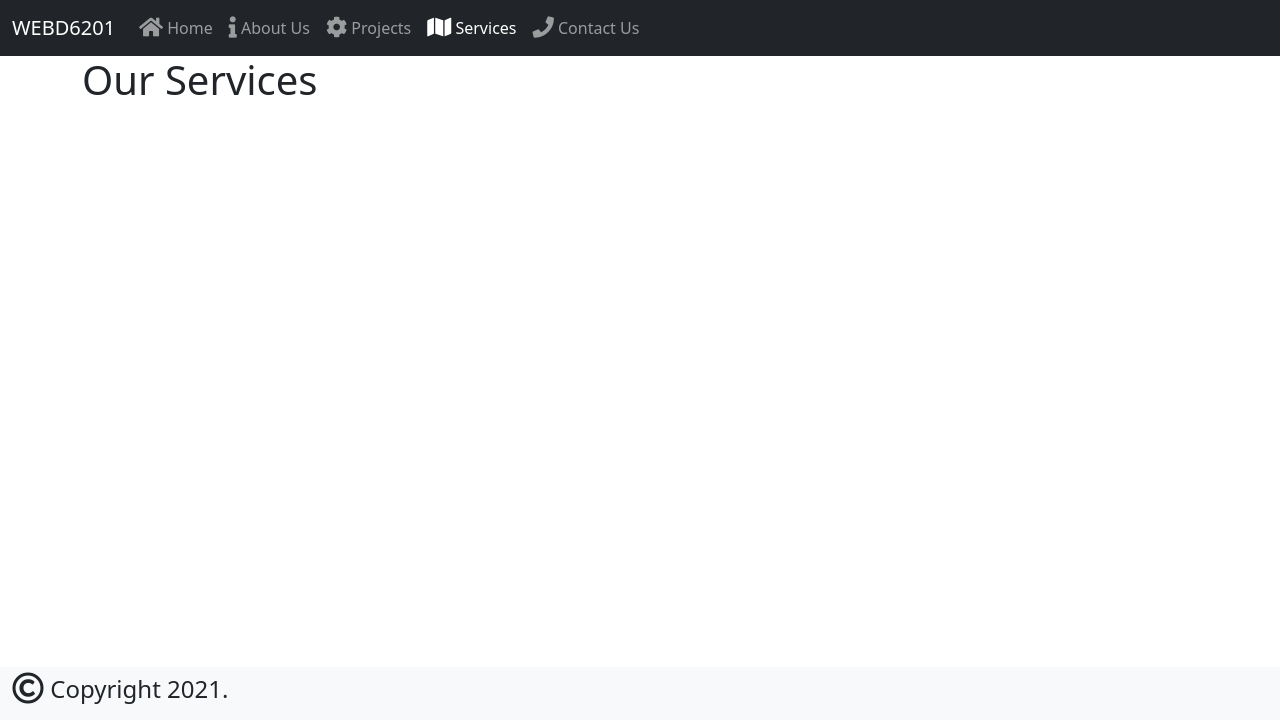
Repository: CKM206/WebD6201-W2021-ICE5
Page: services.html
The author's editor kept a copy of each file at every save. The page is drawn from the files as they stood at one save, then again after the next save.
The browser window is 1280 px wide. The pictures show the whole page.

Above is the page before, as saved 2021-03-07 00:41:32.

### services.html
<!DOCTYPE html>
<html lang="en">
<head>
    <meta charset="UTF-8">
    <meta name="viewport" content="width=device-width, initial-scale=1.0">
    <title>Services</title>
    <!-- CSS Section -->
    <link rel="stylesheet" href="./node_modules/bootstrap/dist/css/bootstrap.min.css">
    <link rel="stylesheet" href="./node_modules/@fortawesome/fontawesome-free/css/all.min.css">
    <link rel="stylesheet" href="./Content/app.css">
</head>
<body>
    <!-- Main Header -->
    <header>
        <!-- Main Navigation -->
        <nav class="navbar navbar-expand-lg navbar-dark bg-dark">
            <div class="container-fluid">
              <a class="navbar-brand" href="index.html">WEBD6201</a>
              <button class="navbar-toggler" type="button" data-bs-toggle="collapse" data-bs-target="#navbarSupportedContent" aria-controls="navbarSupportedContent" aria-expanded="false" aria-label="Toggle navigation">
                <span class="navbar-toggler-icon"></span>
              </button>
              <div class="collapse navbar-collapse" id="navbarSupportedContent">
                <ul class="navbar-nav me-auto mb-2 mb-lg-0">
                  <li class="nav-item">
                    <a class="nav-link" aria-current="page" href="index.html"><i class="fas fa-home fa-lg"></i> Home</a>
                  </li>

                  <li class="nav-item">
                    <a class="nav-link" aria-current="page" href="about.html"><i class="fas fa-info fa-lg"></i> About Us</a>
                  </li>

                  <li class="nav-item">
                    <a class="nav-link" aria-current="page" href="projects.html"><i class="fas fa-cog fa-lg"></i> Projects</a>
                  </li>

                  <li class="nav-item">
                    <a class="nav-link active" aria-current="page" href="services.html"><i class="fas fa-map fa-lg"></i> Services</a>
                  </li>

                  <li class="nav-item">
                    <a class="nav-link" aria-current="page" href="contact.html"><i class="fas fa-phone fa-lg"></i> Contact Us</a>
                  </li>
                </ul>
              </div>
            </div>
          </nav>
    </header>

    <!-- Main Content -->
    <main class="container">
        <h1>Our Services</h1>
    </main>

    <!-- Main Footer -->
    <footer>
        <nav class="navbar fixed-bottom navbar-light bg-light">
            <div class="container-fluid">
              <h4><i class="far fa-copyright fa-lg"></i> Copyright 2021.</h4>
            </div>
          </nav>
    </footer>

    <!-- Script Section-->
    <script src="./node_modules/jquery/dist/jquery.min.js"></script>
    <script src="./node_modules/bootstrap/dist/js/bootstrap.bundle.min.js"></script>

    <script src="./Scripts/namespace.js"></script>
    <script src="./Scripts/app.js"></script>
</body>
</html>

### Content/app.css
/* custom css goes here */
.input-group-addon:first-child
{
    border-right: 0;
}

.input-group-addon
{
    padding: 6px 12px;
    font-size: 14px;
    font-weight: 400;
    line-height: 1;
    text-align: center;
    border: 1px solid darkgrey;
    border-radius: 4xpx;
}

.input-group-addon .fa
{
    font-size: 18px;
}

.input-group .form-control
{
    position:relative;
    z-index: 2;
    float:left;
    width: 100%;
    margin-bottom: 0;
}

.input-group .form-control:last-child
{
    border-top-left-radius: 0;
    border-bottom-left-radius: 0;
}



.login
{
    padding: 2rem 1rem;
    margin-bottom: 2rem;
    background-color: lightgrey;
    border-radius: .3rem;
}

.login input
{
    background-color: white;
    border-color: darkgrey;
    border-radius: .4em;
    width: 100%;
}

### Scripts/namespace.js

// namespace core
let core;

### Scripts/app.js
/* custom JavaScript goes here */

//IIFE - Immediately Invoked Function Expression
//AKA - Anonymous Self-Executing Function
//Closure - limits scope leak

"use strict";

((core) =>
{
    function displayHome()
    {
        let paragraphOneText =
          "This is a simple site to demonstrate DOM Manipulation for ICE 1";

        let paragraphOneElement = document.getElementById("paragraphOne");

        paragraphOneElement.textContent = paragraphOneText;
        paragraphOneElement.className = "fs-5";

        // Step 1. document.createElement
        let newParagraph = document.createElement("p");
        // Step 2. configure the element
        newParagraph.setAttribute("id", "paragraphTwo");
        newParagraph.textContent = "...And this is paragraph two";
        // Step 3. select the parent element
        let mainContent = document.getElementsByTagName("main")[0];
        // Step 4. Add / Insert the element
        mainContent.appendChild(newParagraph);

        newParagraph.className = "fs-6";

        // another way of injecting content
        let paragraphDiv = document.createElement("div");
        let paragraphThree = `<p id="paragraphThree" class="fs-7 fw-bold">And this is the Third Paragraph</p>`;
        paragraphDiv.innerHTML = paragraphThree;

        // insertions

        // example of inserting before a node
        //newParagraph.before(paragraphDiv);

        // example of inserting after a node
        newParagraph.after(paragraphDiv);

        // deletions

        // example of removing a single element
        //paragraphOneElement.remove();

        // example of removeChild
        mainContent.removeChild(paragraphOneElement);

        // update / modification
        //mainContent.firstElementChild.textContent = "Welcome Home!";

        mainContent.innerHTML = `<h1 id="firstHeading">Welcome to WEBD6201 - Lab 1</h1>
         <p id="paragraphOne" class="fs-3 fw-bold">This is my first Paragraph</p>
        `;

    }

    function displayAbout()
    {

    }

    function displayProjects()
    {

    }

    function displayServices()
    {

    }

    function testFullName()
    {
      let messageArea = $("#messageArea").hide();
      let fullNamePattern = /([A-Z][a-z]{1,25})+(\s|,|,\s|-)([A-Z][a-z]{1,25})(\s|,|,\s|-)*/

        // form validation
        $("#fullName").on("blur", function()
        {
          if(!fullNamePattern.test($(this).val()))
          {
            $(this).trigger("focus").trigger("select");
            messageArea.show().addClass("alert alert-danger").text("Please enter a valid Full Name. This must include at least an Capitalized First and Last Name.");
          }
          else
          {
              messageArea.removeAttr("class").hide();
          }
        });
    }

    function testContactNumber()
    {
      let messageArea = $("#messageArea").hide();
      let contactNumberPattern = /^(\+\d{1,2}\s)?\(?\d{3}\)?[\s.-]?\d{3}[\s.-]?\d{4}$/
        // form validation
        $("#contactNumber").on("blur", function()
        {
          if(!contactNumberPattern.test($(this).val()))
          {
            $(this).trigger("focus").trigger("select");
            messageArea.show().addClass("alert alert-danger").text("Please enter a valid Contact Number. Country Code and Area Code are optional.");
          }
          else
          {
              messageArea.removeAttr("class").hide();
          }
        });
    }

    function testEmailAddress()
    {
      let messageArea = $("#messageArea").hide();
      let emailAddressPattern = /^([a-zA-Z0-9._%-]+@[a-zA-Z0-9.-]+\.[a-zA-Z]{2,6})*$/
        // form validation
        $("#emailAddress").on("blur", function()
        {
          if(!emailAddressPattern.test($(this).val()))
          {
            $(this).trigger("focus").trigger("select");
            messageArea.show().addClass("alert alert-danger").text("Please enter a valid email address.");
          }
          else
          {
              messageArea.removeAttr("class").hide();
          }
        });
    }

    function formValidation()
    {
      testFullName();
      testContactNumber();
      testEmailAddress();
    }

    function displayContact()
    {

      // Form Validation
      formValidation();

      $("#sendButton").on("click", (event)=>
      {
        if($("#subscribeCheckbox")[0].checked)
        {
          let contact = new core.Contact(fullName.value, contactNumber.value, emailAddress.value);

          if(contact.serialize())
          {
            let key = contact.FullName.slice(0,1) + Date.now();
            localStorage.setItem(key, contact.serialize());
          }
          }
      });
    }

    function displayContactList()
    {
      // SHows what happens with asynchronous methods
      //console.log("Outside the event listener: " + XHR.responseText);

      if (localStorage.length > 0)
      {
        let contactList = document.getElementById("contactList");

        let data = "";

        let keys = Object.keys(localStorage);

        let index = 0;

        for (const key of keys)
        {

          let contactData = localStorage.getItem(key);

          let contact = new core.Contact();
          contact.deserialize(contactData);

          data += `<tr>
          <th class="text-center" scope="row">${index}</th>
          <td>${contact.FullName}</td>
          <td>${contact.ContactNumber}</td>
          <td>${contact.EmailAddress}</td>
          <td class="text-center"><button value="${key}" class="btn btn-primary btn-sm edit"><i class="fas fa-edit fa-sm"></i> Edit</button></td>
          <td class="text-center"><button value="${key}" class="btn btn-danger btn-sm delete"><i class="fas fa-trash-alt fa-sm"></i> Delete</button></td>
        </tr>`;

        index++;
        }

        contactList.innerHTML = data;


        $("button.edit").on("click", function(){
          location.href = "edit.html#" + $(this).val();
         });

         $("button.delete").on("click", function(){
           if(confirm("Are you sure?"))
           {
            localStorage.removeItem($(this).val());
            location.href = "contact-list.html"; // refresh the page
           }
         });

         $("#addButton").on("click", function()
         {
           location.href = "edit.html";
         });
      }
    }


    function displayEdit()
    {
      // Get the Key from the url hash
      let key = location.hash.substring(1);
      // Set up a new contact to hold info
      let contact = new core.Contact();

      // Check if the key is empty, if not
      if (key != "")
      {
        // Get the contact information
        contact.deserialize(localStorage.getItem(key));

        // Display the information in the form
        $("#fullName").val(contact.FullName);
        $("#contactNumber").val(contact.ContactNumber);
        $("#emailAddress").val(contact.EmailAddress);
      }
      else
      {
        $("main>h1").text("Add Contact");
        $("#editButton").html('<i class="fas fa-plus-circle fa-lg"></i> Add');
      }

      // Form Validation
      formValidation();

      // When the edit button is clicked
      $("#editButton").one("click", function()
      {

        if(document.forms[0].checkValidity())
        {
          // If the key is empty, we are making a new contact
          if(key == "")
          {
            // Create a new key for this contact
            key = contact.FullName.slice(0,1) + Date.now();
          }

          // Copy the Contact Info from the form into the Contact Objet
          contact.FullName = $("#fullName").val();
          contact.ContactNumber = $("#contactNumber").val();
          contact.EmailAddress = $("#emailAddress").val();

          // Add the Contact to LocalStorage
          localStorage.setItem(key, contact.serialize());
          location.href = "contact-list.html";
        }



      });

      // When the Cancel Button is clicked
      $("#cancelButton").on("click", function()
      {
        // Return the user to the contact list
        location.href = "contact-list.html";
      });

    }

    function displayLogin()
    {

    }

    function displayRegister()
    {

    }


    function Start()
    {
        console.log("App Started...");

        switch (document.title)
        {
          case "Home":
              displayHome();
            break;
          case "About":
              displayAbout();
            break;
          case "Projects":
              displayProjects();
            break;
          case "Services":
              displayServices();
            break;
          case "Contact":
              displayContact();
            break;
          case "Contact-List":
            displayContactList();
            break;
          case "Edit":
            displayEdit();
            break;
          case "Login":
            displayLogin();
            break;
          case "Register":
            displayRegister();
            break;
        }

    }

    window.addEventListener("load", Start);

    core.Start = Start;

})(core || (core={}));

Loaded but not shown: node_modules/bootstrap/dist/css/bootstrap.min.css (library); node_modules/@fortawesome/fontawesome-free/css/all.min.css (library); node_modules/jquery/dist/jquery.min.js (library); node_modules/bootstrap/dist/js/bootstrap.bundle.min.js (library)

After the next save:
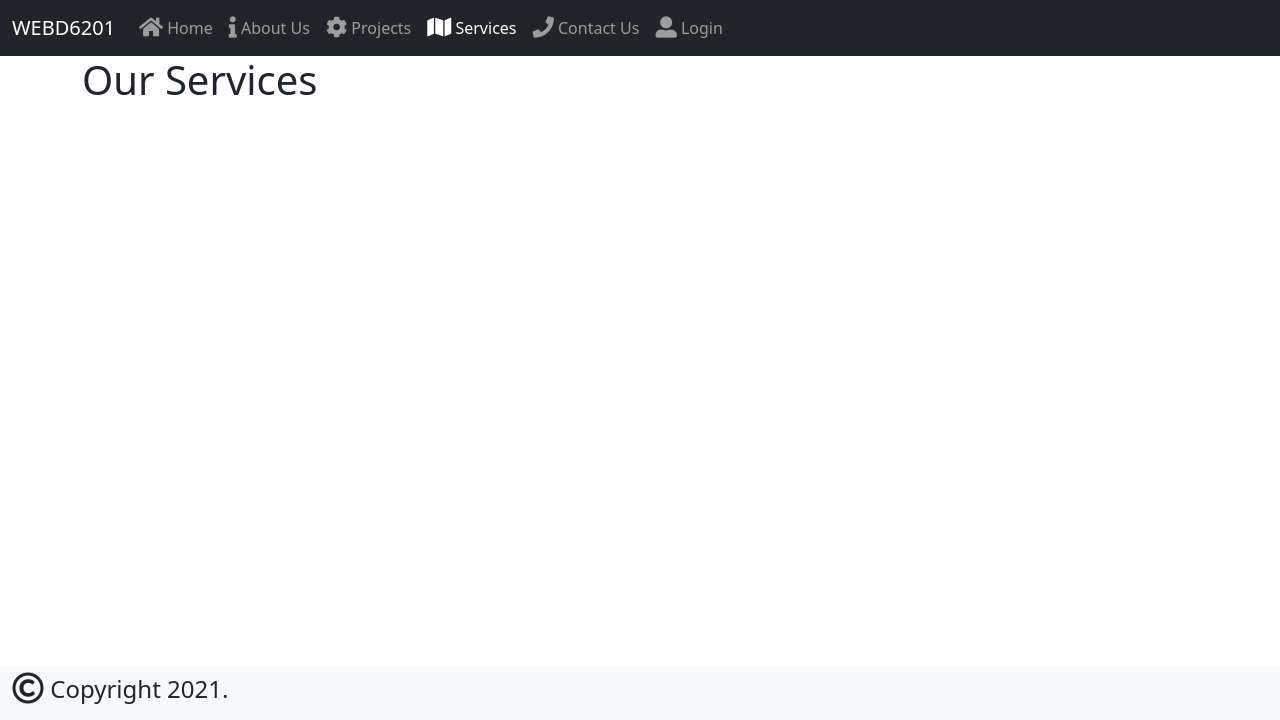
Saved 26 s later.
--- a/services.html
+++ b/services.html
@@ -40,6 +40,9 @@
                   <li class="nav-item">
                     <a class="nav-link" aria-current="page" href="contact.html"><i class="fas fa-phone fa-lg"></i> Contact Us</a>
                   </li>
+                  <li class="nav-item">
+                    <a class="nav-link" aria-current="page" href="login.html"><i class="fas fa-user-alt fa-lg"></i> Login</a>
+                  </li>
                 </ul>
               </div>
             </div>
